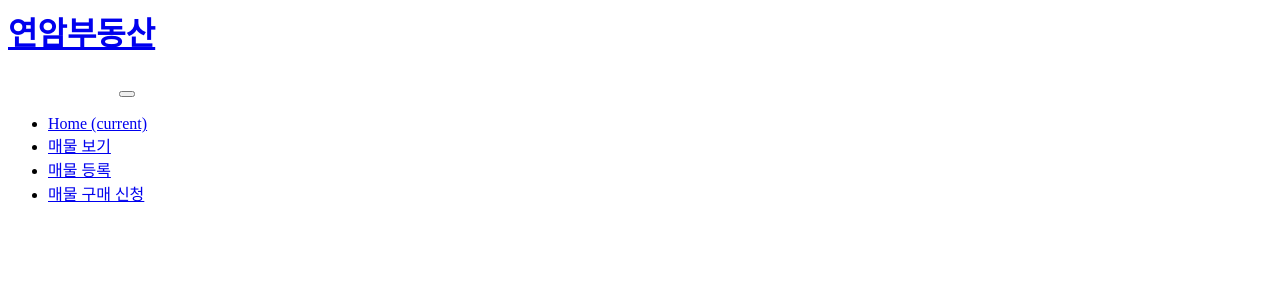
Repository: Leekm0912/2-1_JSP-DB_Project
Page: http://localhost/WebTest/DB/layout/top.jsp
An editor plug-in stored every save of this project. The page is shown before and after a run of saves, followed by the edit.
The browser window is 1280 px wide. The pictures show the whole page.
The page is served by Tomcat 9. Other server files are loaded and not shown.

Above is the page before, as saved 2020-06-10 04:57:01.

### WebTest/WebContent/DB/layout/top.jsp
<%@ page contentType="text/html; charset=utf-8"%>

<h1 style="color: white;">
	<a class="nav-link" href="main.jsp">연암부동산</a>
</h1>
<a class="nav-link" href="join.jsp" style="color:white;">로그인</a>
<a class="nav-link" href="join.jsp" style="color:white;">회원가입</a>
<button class="navbar-toggler" type="button" data-toggle="collapse" data-target="#navbarResponsive" aria-controls="navbarResponsive" aria-expanded="false" aria-label="Toggle navigation">
	<span class="navbar-toggler-icon"></span>
</button>
<div class="collapse navbar-collapse" id="navbarResponsive">
	<ul class="navbar-nav ml-auto">
		<li class="nav-item active"><a class="nav-link" href="main.jsp">Home <span class="sr-only">(current)</span>
		</a></li>
		<li class="nav-item"><a class="nav-link" href="ViewTable.jsp">매물 보기</a></li>
		<li class="nav-item"><a class="nav-link" href="InsertTable.jsp">매물 등록</a></li>
		<li class="nav-item"><a class="nav-link" href="Order.jsp">매물 구매 신청</a></li>
	</ul>
</div>
<%--
<h1 style="color:white;">연암 부동산</h1>
      <button class="navbar-toggler" type="button" data-toggle="collapse" data-target="#navbarResponsive" aria-controls="navbarResponsive" aria-expanded="false" aria-label="Toggle navigation">
        <span class="navbar-toggler-icon"></span>
      </button>
      <div class="collapse navbar-collapse" id="navbarResponsive">
        <ul class="navbar-nav ml-auto">
          <li class="nav-item active">
            <a class="nav-link" href="main.jsp">Home
              <span class="sr-only">(current)</span>
            </a>
          </li>
          <li class="nav-item">
            <a class="nav-link" href="ViewTable.jsp">매물 보기</a>
          </li>
          <li class="nav-item">
            <a class="nav-link" href="InsertTable.jsp">매물 등록</a>
          </li>
          <li class="nav-item">
            <a class="nav-link" href="Order.jsp">매물 구매 신청</a>
          </li>
        </ul>
      </div>
--%>

After the next 2 saves:
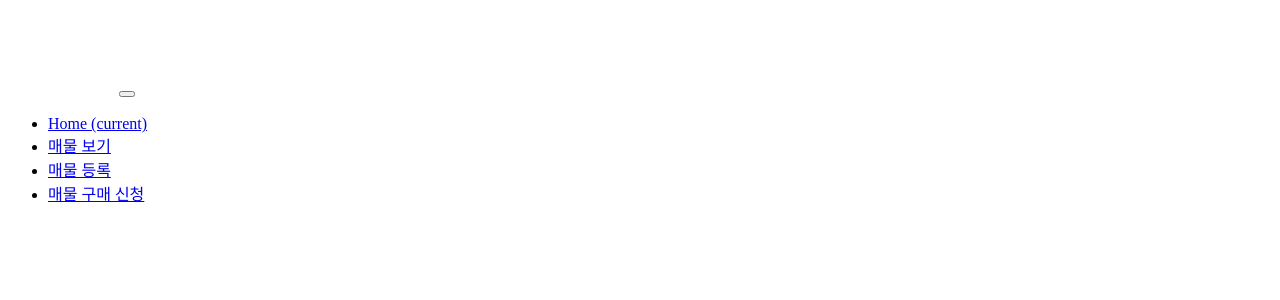
The 2 saves are shown as one change because they came seconds apart.
The last was saved 10 s later.
--- a/WebTest/WebContent/DB/layout/top.jsp
+++ b/WebTest/WebContent/DB/layout/top.jsp
@@ -1,7 +1,7 @@
 <%@ page contentType="text/html; charset=utf-8"%>
 
-<h1 style="color: white;">
-	<a class="nav-link" href="main.jsp">연암부동산</a>
+<h1>
+	<a class="nav-link" href="main.jsp" style="color: white;">연암부동산</a>
 </h1>
 <a class="nav-link" href="join.jsp" style="color:white;">로그인</a>
 <a class="nav-link" href="join.jsp" style="color:white;">회원가입</a>
